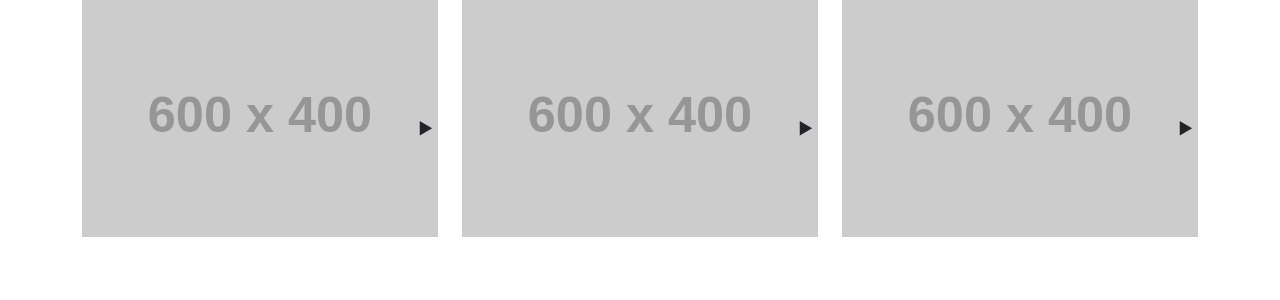
Repository: fbansept/ran4_24
Page: index.html
The author's editor kept a copy of each file at every save. The page is drawn from the files as they stood at one save, then again after a run of saves.
The browser window is 1280 px wide. The pictures show the whole page.

Above is the page before, as saved 2024-10-14 11:23:54.

### index.html
<!DOCTYPE html>
<html lang="en">
  <head>
    <meta charset="UTF-8" />
    <meta name="viewport" content="width=device-width, initial-scale=1.0" />
    <title>Document</title>
    <link
      href="https://cdn.jsdelivr.net/npm/bootstrap@5.3.3/dist/css/bootstrap.min.css"
      rel="stylesheet"
      integrity="sha384-QWTKZyjpPEjISv5WaRU9OFeRpok6YctnYmDr5pNlyT2bRjXh0JMhjY6hW+ALEwIH"
      crossorigin="anonymous"
    />
    <script
      defer
      src="https://cdn.jsdelivr.net/npm/bootstrap@5.3.3/dist/js/bootstrap.bundle.min.js"
      integrity="sha384-YvpcrYf0tY3lHB60NNkmXc5s9fDVZLESaAA55NDzOxhy9GkcIdslK1eN7N6jIeHz"
      crossorigin="anonymous"
    ></script>

    <link rel="stylesheet" href="style.css">
  </head>
  <body>
    <main class="container">
      <div class="row row-cols-1 row-cols-md-3">
        <article class="col">
          <div>
            <img src="https://placehold.co/600x400" />
            <div class="button">▶</div>
          </div>
        </article>
        <article class="col">
          <div>
            <img src="https://placehold.co/600x400" />
            <div class="button">▶</div>
          </div>
        </article>
        <article class="col">
          <div>
            <img src="https://placehold.co/600x400" />
            <div class="button">▶</div>
          </div>
        </article>
      </div>
    </main>
  </body>
</html>

### style.css
.container > .row > article > div {
  position: relative;
  width: 100%;
  height: 150px;
}

.container > .row > article > div > img {
  width: 100%;
  width: 100%;
}

.button {
  position: absolute;
  bottom: 10px;
  right: 5px;
}

After the next 3 saves:
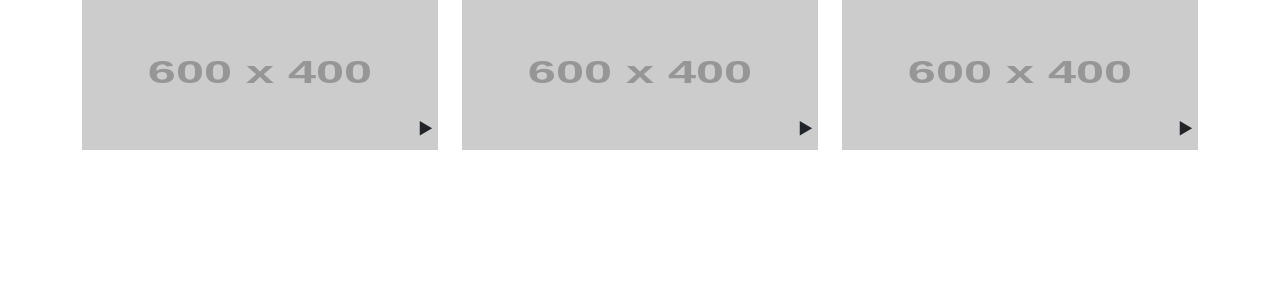
The 3 saves are shown as one change because they came seconds apart.
The last was saved 9 s later.
--- a/style.css
+++ b/style.css
@@ -6,7 +6,7 @@
 
 .container > .row > article > div > img {
   width: 100%;
-  width: 100%;
+  height: 150px;
 }
 
 .button {
